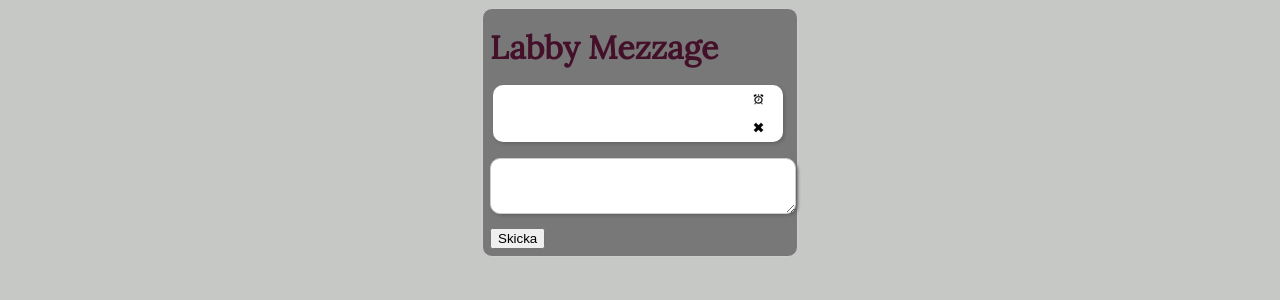
Repository: Angamanga/1dv403-laborationer
Page: 2-labbymezzage/index.html
The author's editor kept a record of every edit. The page is drawn from the files as they stood at one moment, then again after the next edit.
The browser window is 1280 px wide. The pictures show the whole page.

Above is the page before.

After the next edit:
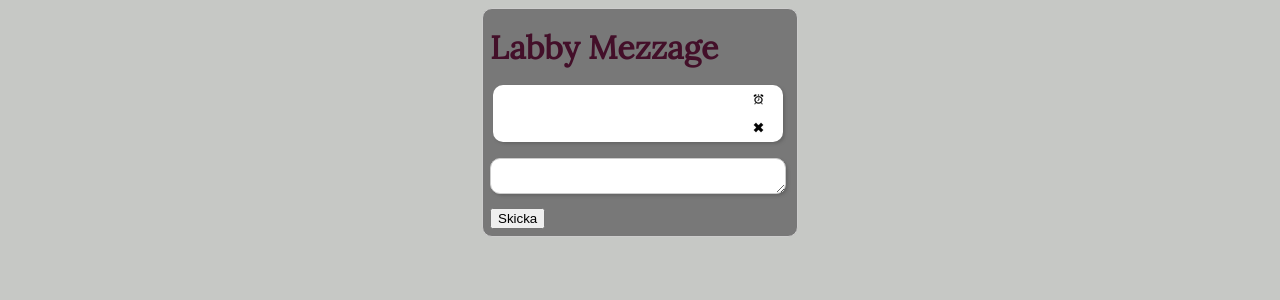
The edit:
--- a/2-labbymezzage/css/style.css
+++ b/2-labbymezzage/css/style.css
@@ -44,8 +44,8 @@
     -moz-box-shadow: 2px 2px 3px #666;
     -webkit-box-shadow: 2px 2px 3px #666;
     box-shadow: 2px 2px 3px #666;
-    font-size: 20px;
-    padding: 4px 7px;
+
+
     outline: 0;
     -webkit-appearance: none;
 }
